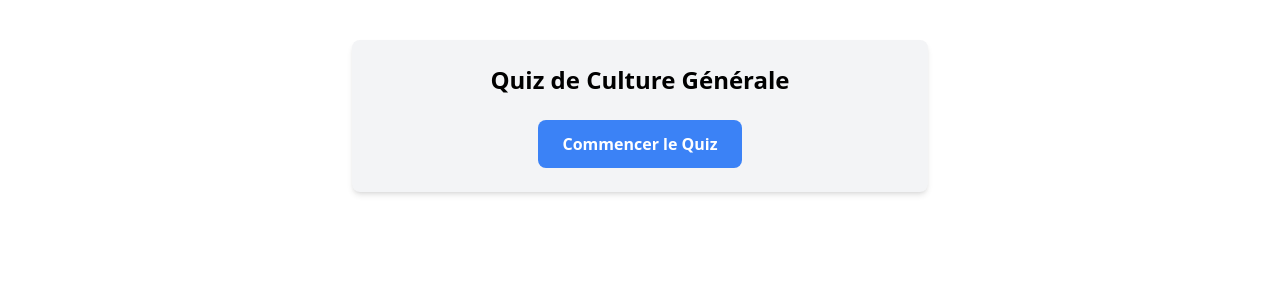
Repository: snaike71/quizvue
Page: /
These files come from the project's save history. The page is drawn as it stood at one moment and after the next save; the edit follows.
The browser window is 1280 px wide. The pictures show the whole page.
The project was rebuilt for these pictures with package versions that can differ from the ones it lists, and the page was loaded fresh each time. Also part of the build but not shown: vite.config.ts.

Above is the page before, as saved 2024-10-31 10:23:10.

After the next save:
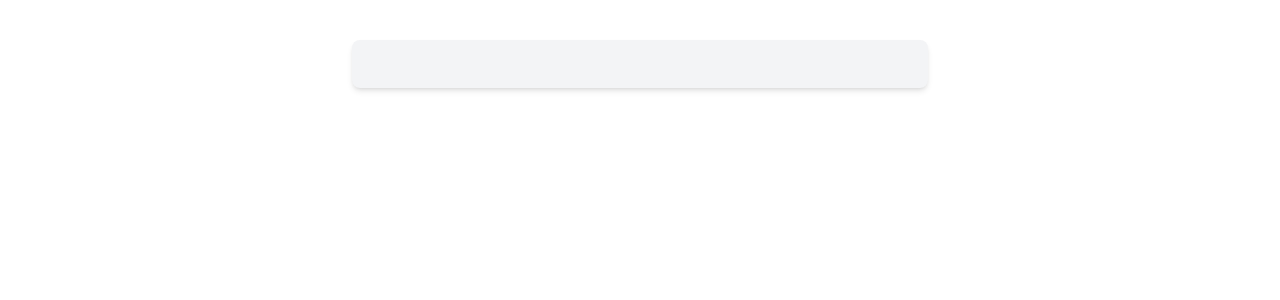
Console error: TypeError: Cannot read properties of undefined (reading 'text')
Saved 16 s later.
--- a/src/components/QuizApp.vue
+++ b/src/components/QuizApp.vue
@@ -1,6 +1,6 @@
 <template>
   <div class="quiz-container max-w-xl mx-auto bg-gray-100 p-6 rounded-lg shadow-md mt-10">
-    <div v-if="!quizStarted" class="text-center">
+    <div v-if="!quizStore.quizStarted" class="text-center">
       <h1 class="text-2xl font-bold mb-6">Quiz de Culture Générale</h1>
       <button @click="startQuiz" class="px-6 py-3 bg-blue-500 text-white font-semibold rounded-lg hover:bg-blue-600">
         Commencer le Quiz
